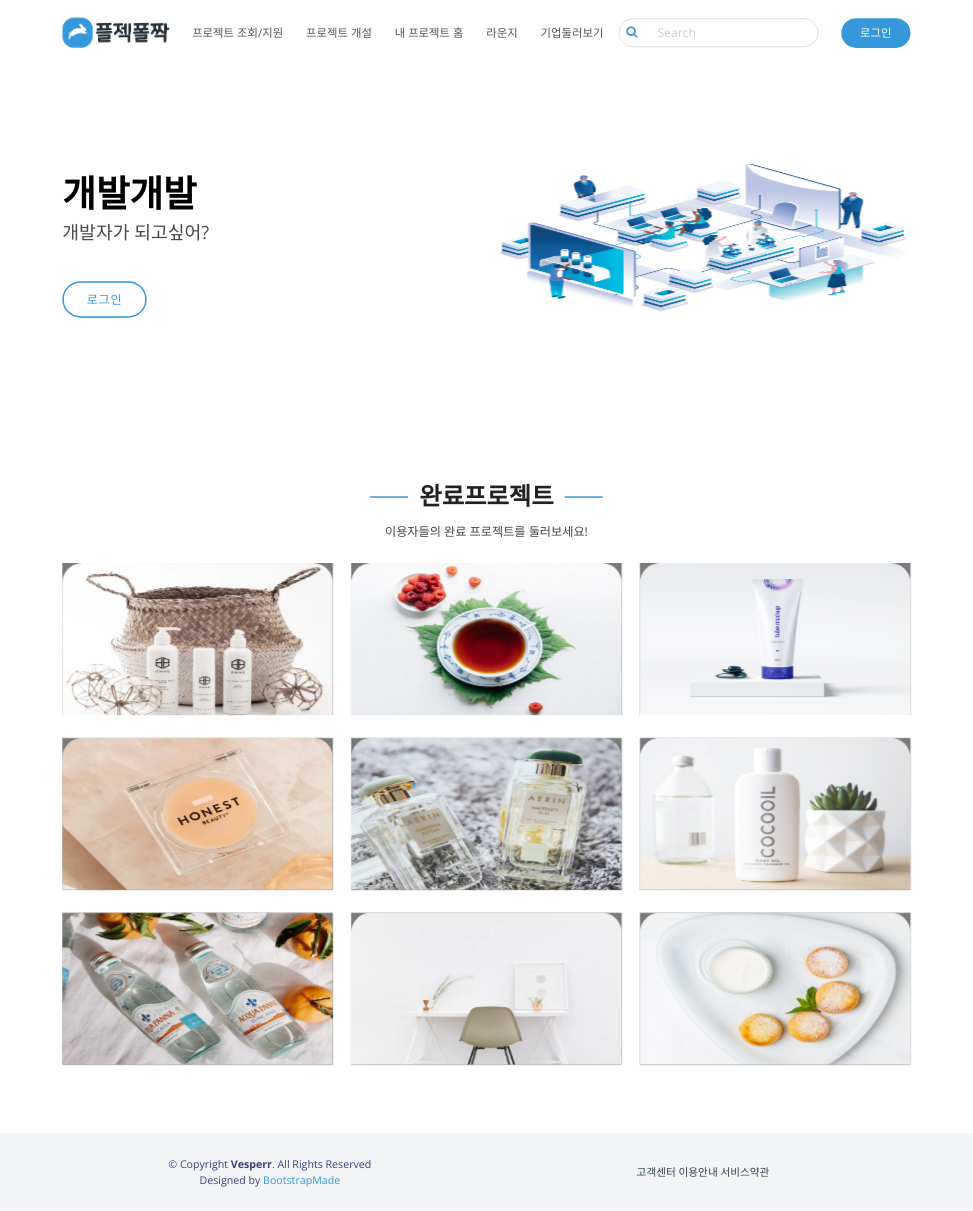
Repository: POLLJJAK/POLLJJAK
Page: http://localhost/POLLJJAK/U-main.jsp
An editor plug-in stored every save of this project. The page is shown before and after the next save, followed by the edit.
The browser window is 1280 px wide. The pictures show the whole page, at 76% of full size.
Some web fonts or font styles are not loaded; a fallback is used. Some web libraries are served in a nearby version. The page is served by Tomcat 9. Other server files are loaded and not shown.

Above is the page before, as saved 2022-12-18 11:10:59.

### POLLJJAK/WebContent/U-main.jsp
<%@ page language="java" contentType="text/html; charset=UTF-8" pageEncoding="UTF-8"%>
<%@ taglib uri="http://java.sun.com/jsp/jstl/fmt" prefix="fmt" %>
<%@ taglib uri="http://java.sun.com/jsp/jstl/core" prefix="c" %>
<%@ taglib uri="http://java.sun.com/jsp/jstl/functions" prefix="fn" %>

<!DOCTYPE html>
<html lang="en">

<!-- head import (css imported)-->
<c:import url="./common/Head.jsp" />

<body>

<c:import url="./common/Nav.jsp" />

<!-- section import -->
<c:import url="./U-main-contents.jsp" />


<!-- footer import (js imported)-->
<c:import url="./common/Footer.jsp" />

</body>

### POLLJJAK/WebContent/common/Head.jsp
<%@ page language="java" contentType="text/html; charset=UTF-8" pageEncoding="UTF-8"%>
<%@ taglib uri="http://java.sun.com/jsp/jstl/fmt" prefix="fmt" %>
<%@ taglib uri="http://java.sun.com/jsp/jstl/core" prefix="c" %>
<%@ taglib uri="http://java.sun.com/jsp/jstl/functions" prefix="fn" %>
<%
   request.setCharacterEncoding("UTF-8");
   String cp = request.getContextPath();
%>
<%
	response.setHeader("Cache-Control", "no-cache, no-store, must-revalidate"); // HTTP 1.1.
	response.setHeader("Pragma", "no-cache"); // HTTP 1.0.
	response.setHeader("Expires", "0"); // Proxies.
%>
<!DOCTYPE html>
<html lang="ko">
<head>
    <meta charset="UTF-8">
    <meta content="width=device-width, initial-scale=1.0" name="viewport">

    <title>플젝폴짝 : 개발자 프로젝트 모집 관리 플랫폼</title>
    <meta content="" name="description">
    <meta content="" name="keywords">

   <!-- 부트스트랩 템플릿 관련 스타일 -->
    <!-- Favicons -->
    <link href="assets/img/pol-favicon.png" rel="icon">
    <link href="assets/img/apple-touch-icon.png" rel="apple-touch-icon">

     <!-- Fontawesome -->
     <link rel="stylesheet" href="https://cdnjs.cloudflare.com/ajax/libs/font-awesome/4.7.0/css/font-awesome.css">

     <!-- Jquery CDN -->
     <script type="text/javascript" src="http://code.jquery.com/jquery.min.js"></script>

    <!-- Google Fonts -->
    <link href="https://fonts.googleapis.com/css?family=Open+Sans:300,300i,400,400i,600,600i,700,700i|Raleway:300,300i,400,400i,500,500i,600,600i,700,700i|Poppins:300,300i,400,400i,500,500i,600,600i,700,700i" rel="stylesheet">

     <!-- Calendar -->
     <!-- calendar.css 보다 윗 줄에 작성되어야 함 -->
     <script type="text/javascript" src="https://ajax.googleapis.com/ajax/libs/jquery/1.12.1/jquery.min.js"></script>
   <link type="text/css" href="https://ajax.googleapis.com/ajax/libs/jqueryui/1.12.1/themes/base/jquery-ui.css" rel="stylesheet" />
   <script type="text/javascript" src="https://ajax.googleapis.com/ajax/libs/jqueryui/1.12.1/jquery-ui.min.js"></script>

    <!-- Vendor CSS Files -->
    <link href="assets/vendor/aos/aos.css" rel="stylesheet">
    <link href="assets/vendor/bootstrap/css/bootstrap.min.css" rel="stylesheet">
    <link href="assets/vendor/bootstrap-icons/bootstrap-icons.css" rel="stylesheet">
    <link href="assets/vendor/boxicons/css/boxicons.min.css" rel="stylesheet">
    <link href="assets/vendor/glightbox/css/glightbox.min.css" rel="stylesheet">
    <link href="assets/vendor/remixicon/remixicon.css" rel="stylesheet">
    <link href="assets/vendor/swiper/swiper-bundle.min.css" rel="stylesheet">
   <!-- END OF 부트스트랩 템플릿 관련 라이브러리 -->

   <!-- 공통사용 스타일 -->
    <link href="resources/common/css/fileUpload.css" rel="stylesheet">
    <link href="resources/common/css/checkbox.css" rel="stylesheet">
    <link href="resources/common/css/radioBtn.css" rel="stylesheet">

    <!-- jquery-ui.css 파일호출(calendar.css) 보다 아래에 있어야 합니다 -->
	<link href="resources/common/css/calendar.css" rel="stylesheet">

    <!-- Template Main CSS File -->
    <link href="assets/css/style.css" rel="stylesheet">

    <!-- =======================================================
    * Template Name: Vesperr - v4.9.1
    * Template URL: https://bootstrapmade.com/vesperr-free-bootstrap-template/
    * Author: BootstrapMade.com
    * License: https://bootstrapmade.com/license/
    ======================================================== -->

</head>

### POLLJJAK/WebContent/common/Nav.jsp
<%@ page language="java" contentType="text/html; charset=UTF-8"
		 pageEncoding="UTF-8"%>
<%@ taglib uri="http://java.sun.com/jsp/jstl/fmt" prefix="fmt"%>
<%@ taglib uri="http://java.sun.com/jsp/jstl/core" prefix="c"%>
<%@ taglib uri="http://java.sun.com/jsp/jstl/functions" prefix="fn"%>

<link href="assets/img/pol-favicon.png" rel="icon">

<!-- ======= Header ======= -->
<header id="header" class="fixed-top d-flex align-items-center">
	<div class="container d-flex align-items-center justify-content-between">
		<div class="logo">
			<h1>
				<a href="main.action">
					<img alt="플젝폴짝로고" src="assets/img/logo.png">
				</a>
			</h1>
			<!-- Uncomment below if you prefer to use an image logo -->
			<!-- <a href="index.html"><img src="assets/img/logo.png" alt="" class="img-fluid"></a>-->
		</div>

		<nav id="navbar" class="navbar">
			<!-- a태그를 post방식으로 넘길 때 쓸 input -->
			<!--
			<form name="navForm">
				<input type="hidden" name="user_code"/>
			</form>
			 -->
			<ul>
				<li><a class="nav-link scrollto" href="U-P-Apply-Main.jsp?user_code=${user_code }">프로젝트 조회/지원</a></li>
				<li><a class="nav-link scrollto" href="projectopenmain.action?user_code=${user_code }">프로젝트 개설</a></li>
													<!-- ┏ a태그의 post 방식 -->
				<%-- <li><a class="nav-link scrollto" onclick="javascript:pageMove('projectopenmain.action', '${user_code }');">프로젝트 개설</a></li> --%>

				<li><a class="nav-link scrollto" href="projecthomelist.action?user_code=${user_code }">내 프로젝트 홈</a></li>
													<!-- ┏ a태그의 post 방식 -->
				<%-- <li><a class="nav-link scrollto" onclick="javascript:pageMove('projecthomelist.action', '${user_code }');">내 프로젝트 홈</a></li> --%>

				<li><a class="nav-link scrollto " href="mainlounge.action">라운지</a></li>

				<!-- 기업 구현하면 쓰기 -->
				<li><a class="nav-link scrollto" href="Inner-page.jsp">기업둘러보기</a></li>


				<!-- ========= Searching Section ============ -->
				<li>
					<div class="serach" style="margin-right: 30px;">
						<div class="col-lg-12">
							<div class="input-group" style="margin-left: 30px;">
								<span class="fa fa-search form-control-feedback" style="color: #3498db; line-height: 2; z-index: 1;"></span>
								<input type="text" class="form-control nav-search" placeholder="Search" style="padding-left:30px; margin: -1px 0px 0px -25px; border-radius: 20px;">
							</div>
						</div>
					</div>
				</li>
				<!-- End Searching Section -->

				<!--
				<li><a class="nav-link scrollto" href="#pricing">Pricing</a></li>
				<li class="dropdown">
					<a href="#">
						<span>Drop Down</span>
						<i class="bi bi-chevron-down"></i>
					</a>
					<ul>
						<li><a href="#">Drop Down 1</a></li>
						<li class="dropdown">
							<a href="#">
								<span>Deep Drop Down</span>
								<i class="bi bi-chevron-right"></i>
							</a>
							<ul>
								<li><a href="#">Deep Drop Down 1</a></li>
								<li><a href="#">Deep Drop Down 2</a></li>
								<li><a href="#">Deep Drop Down 3</a></li>
								<li><a href="#">Deep Drop Down 4</a></li>
								<li><a href="#">Deep Drop Down 5</a></li>
							</ul>
						</li>
						<li><a href="#">Drop Down 2</a></li>
						<li><a href="#">Drop Down 3</a></li>
						<li><a href="#">Drop Down 4</a></li>
					</ul>
				</li>
				-->
				<c:choose>
				<c:when test="${sessionScope.loginCheck == null }">
				<li><a class="getstarted scrollto" href="loginform.action">로그인</a></li>
				</c:when>
					<c:otherwise>
						<div class="nav-item dropdown">
							<a href="#" class="nav-link d-flex lh-1 text-reset p-0 show" data-bs-toggle="dropdown" aria-label="Open user menu" aria-expanded="true">
								<!-- 권한별 아이콘 및 이름 -->
								<c:if test="${userType.equals(\"user\") }">
								<img src="assets/img/UserIcon/User-Icon.png" alt="" style="width: 60px; height: 60px; padding: 10px 0 10px 20px;">
									<div class="d-none d-xl-block ps-2">
										<div>${loginCheck.name }</div>
										<div class="mt-1 small text-muted">일반</div>
									</div>
								</c:if>
								<c:if test="${userType.equals(\"company\") }">
									<img src="assets/img/UserIcon/Company-Icon.png" alt="" style="width: 60px; height: 60px; padding: 10px 0 10px 10px;">
									<div class="d-none d-xl-block">
										<div>${loginCheck.name }</div>
										<div class="mt-1 small text-muted">기업</div>
									</div>
								</c:if>
								<%--
								<c:if test="">
									<img src="assets/img/UserIcon/Admin-Icon.png" alt="" style="width: 60px; height: 60px; padding: 10px 0 10px 10px;">
									<div class="d-none d-xl-block">
										<div class="mt-1 small text-muted">관리자</div>
									</div>
								</c:if>
								 --%>
							</a>

							<!-- 프로필 사진 누르면 나오는 드롭다운 -->
							<div class="dropdown-menu dropdown-menu-end dropdown-menu-arrow">
							<c:choose>
								<c:when test="${userType.equals(\"user\") }">
									<%-- <button type="button" class="btn-uModify dropdown-item" value="${loginCheck.user_code }">마이페이지</button> --%>
									<a href="umypagewarningform.action?user_code=${user_code }" class="dropdown-item">마이페이지</a>
									<%-- <a onclick="javascript:pageMove('umypagewarningform.action', '${loginCheck.user_code }');" class="dropdown-item">일반 마이페이지</a> --%>
								</c:when>
									<c:when test="${userType.equals(\"company\") }">
									<%-- <button type="button" class="btn-cModify dropdown-item" value="${loginCheck.user_code }">마이페이지</button> --%>
									<a href="cmypagewarningform.action?user_code=${user_code }" class="dropdown-item">마이페이지</a>
								</c:when>
								<%--
								<c:otherwise>
									<a href="#" class="dropdown-item">관리자 페이지</a>
								</c:otherwise>
								 --%>
							</c:choose>
							<div class="dropdown-divider"></div>
							<!-- ┏비동기 로그아웃 -->
							<a href="logout.action" id="logout_btn" class="dropdown-item" style="cursor: pointer;">로그아웃</a>
							<!-- ┏일반 로그아웃 -->
							<!-- <a href="logout.action" class="dropdown-item">Logout</a> -->
							</div>
						</div>
					</c:otherwise>
				</c:choose>
			</ul>
			<i class="bi bi-list mobile-nav-toggle"></i>
		</nav> <!-- .navbar -->
	</div>

<script type="text/javascript">
	/* 로그아웃 비동기 방식 */
	/*
	$("#logout_btn").click(function()
	{
		$.ajax({
				type:"GET"
				, url:"logout.action"
				, success:function(data)
				{
					document.location.reload();
				}
		});
	});
	*/
 	/*
	$(function()
	{
		$(".btn-uModify").click(function()
		{
			$(location).attr("href", "umypagewarningform.action?user_code=" + $(this).val());
		});

		$(".btn-cModify").click(function()
		{
			$(location).attr("href", "cmypagewarningform.action?user_code=" + $(this).val());
		});
	});
	 */
	/*
	// a태그 post 방식으로 넘기기
	function pageMove(url, user_code)
	{
		var f = document.navForm;	// 폼 name

		f.user_code = user_code;	// post 방식으로 넘기고 싶은 값
		f.action = url;				// post 방식으로 넘기고 싶은 값
		f.method = "post";

		f.submit();

	}
	 */
</script>
</header>

<!-- End Header -->

### POLLJJAK/WebContent/common/Footer.jsp
<%@ page language="java" contentType="text/html; charset=UTF-8" pageEncoding="UTF-8"%>
<%@ taglib uri="http://java.sun.com/jsp/jstl/fmt" prefix="fmt" %>
<%@ taglib uri="http://java.sun.com/jsp/jstl/core" prefix="c" %>
<%@ taglib uri="http://java.sun.com/jsp/jstl/functions" prefix="fn" %>

  <!-- ======= Footer ======= -->
  <footer id="footer">
    <div class="container">
      <div class="row d-flex align-items-center">
        <div class="col-lg-6 text-lg-left text-center">
          <div class="copyright">
            &copy; Copyright <strong>Vesperr</strong>. All Rights Reserved
          </div>
          <div class="credits">
            <!-- All the links in the footer should remain intact. -->
            <!-- You can delete the links only if you purchased the pro version. -->
            <!-- Licensing information: https://bootstrapmade.com/license/ -->
            <!-- Purchase the pro version with working PHP/AJAX contact form: https://bootstrapmade.com/vesperr-free-bootstrap-template/ -->
            Designed by <a href="https://bootstrapmade.com/">BootstrapMade</a>
          </div>
        </div>
        <div class="col-lg-6">
          <nav class="footer-links text-lg-right text-center pt-2 pt-lg-0">
            <a href="Inner-page.jsp" class="scrollto">고객센터</a>
            <a href="Inner-page.jsp" class="scrollto">이용안내</a>
            <a href="Inner-page.jsp">서비스약관</a>
          </nav>
        </div>
      </div>
    </div>
  </footer><!-- End Footer -->

  <a href="#" class="back-to-top d-flex align-items-center justify-content-center"><i class="bi bi-arrow-up-short"></i></a>

  <!-- Vendor JS Files -->
  <script src="assets/vendor/purecounter/purecounter_vanilla.js"></script>
  <script src="assets/vendor/aos/aos.js"></script>
  <script src="assets/vendor/bootstrap/js/bootstrap.bundle.min.js"></script>
  <script src="assets/vendor/glightbox/js/glightbox.min.js"></script>
  <script src="assets/vendor/isotope-layout/isotope.pkgd.min.js"></script>
  <script src="assets/vendor/swiper/swiper-bundle.min.js"></script>

  <!-- Template Main JS File -->
  <script src="assets/js/main.js"></script>

### POLLJJAK/WebContent/resources/common/css/fileUpload.css
#root {
  width: 100%;
  max-width: 800px;
}

.title {
  text-align: center;
}

.contents {
  display: flex;
  flex-direction: row;
  /* margin-top: 30px; */
}
.contents .upload-box {
  width: 100%;
  margin-right: 30px;
  display: flex;
  flex-direction: column;
  justify-content: center;
  /* align-items: center; */
}

.contents .upload-box .drag-file {
  position: relative;
  width: 100%;
  height: 360px;
  display: flex;
  flex-direction: column;
  justify-content: center;
  align-items: center;
  border: 3px dashed #dbdbdb;
}
.contents .upload-box .drag-file.highlight {
  border: 3px dashed red;
}
.contents .upload-box .drag-file .image {
  width: 40px;
}
.contents .upload-box .drag-file .message {
  margin-bottom: 0;
}
.contents .upload-box .drag-file .preview {
  display: none;
  position: absolute;
  left: 0;
  height: 0;
  width: 100%;
  height: 100%;
}
.contents .upload-box .file-label {
  margin-top: 20px;
  background-color: #3498db;
  color: #fff;
  text-align: center;
  padding: 10px 0;
  width: 65%;
  border-radius: 6px;
  cursor: pointer;
}
.contents .upload-box .file {
  display: none;
}

@media (max-width: 700px) {
  .contents {
    display: flex;
    flex-direction: column;
    margin-top: 30px;
  }
  .contents .upload-box {
    width: 100%;
    box-sizing: border-box;
    margin-right: 0;
  }
  .contents .upload-box .drag-file {
    height: 150px;
  }
  .contents .files {
    width: 100%;
    box-sizing: border-box;
    margin-right: 0;
    overflow: initial;
  }
}

### POLLJJAK/WebContent/resources/common/css/checkbox.css
input[type="checkbox"]
{
	position: absolute;
	left: -3000%;
}

input[type="checkbox"] + label
{
	position:relative;
	margin-right: 15px;
}

input[type="checkbox"] + label:before
{
	content:"";
	display: inline-block;
	margin:0 4px 0 0;
	width: 20px;
	height: 20px;
	border: 1px solid #A6A6A6;
	position:relative;
	top: 4px;
	border-radius:3px;
	transition:all 0.5s;
}

input[type="checkbox"]:checked + label:before
{
	background: #3498db;
	border-color: #3498db;

}

input[type="checkbox"] + label:after
{
	content:"";
	position:absolute;
	left:0;
	top:0;
	background:url('check.png') no-repeat center;
	width:22px;
	height:22px;
	background-size:0 auto;
}

input[type="checkbox"]:checked + label:after
{
	background-size:12px auto;
}

input[type="checkbox"]:checked + label
{
	font-weight:bold;
}

### POLLJJAK/WebContent/resources/common/css/radioBtn.css
.radioBtn input[type=radio]
{
    display: none;
}

.radioBtn input[type=radio] + label
{
    display: inline-block;
    cursor: pointer;
    height: 24px;
    width: 90px;
    border: 1px solid #A6A6A6;
    border-radius:3px;
    line-height: 24px;
    text-align: center;
    font-size:13px;
    transition:all 0.5s;
    background-color: #fff;
    color: #333;
}

.radioBtn input[type=radio]:checked + label
{
    background-color: #3498db;
    color: #fff;
    border: 1px solid #3498db;
	font-weight:bold;
}

### POLLJJAK/WebContent/resources/common/css/calendar.css
.ui-widget-header {
border: 0px solid #dddddd;
background: #fff;
}

.ui-datepicker-calendar>thead>tr>th {
font-size: 14px !important;
}

.ui-datepicker .ui-datepicker-header {
position: relative;
padding: 10px 0;
}

.ui-state-default, .ui-widget-content .ui-state-default, .ui-widget-header .ui-state-default, .ui-button, html .ui-button.ui-state-disabled:hover, html .ui-button.ui-state-disabled:active {
border: 0px solid #c5c5c5;
background-color: transparent;
font-weight: normal;
color: #454545;
text-align: center;
}

.ui-datepicker .ui-datepicker-title {
margin: 0 0em;
line-height: 16px;
text-align: center;
font-size: 14px;
padding: 0px;
font-weight: bold;
}

.ui-datepicker {
display: none;
background-color: #fff;
border-radius: 4px;
margin-top: 10px;
margin-left: 0px;
margin-right: 0px;
padding: 20px;
padding-bottom: 10px;
width: 300px;
box-shadow: 10px 10px 40px rgba(0,0,0,0.1);
}

.ui-widget.ui-widget-content {
    border: 1px solid #eee;
}

#datepicker:focus>.ui-datepicker {
display: block;
}

.ui-datepicker-prev,
.ui-datepicker-next {
cursor: pointer;
}

.ui-datepicker-next {
float: right;
}

.ui-state-disabled {
cursor: auto;
color: hsla(0, 0%, 80%, 1);
}

.ui-datepicker-title {
text-align: center;
padding: 10px;
font-weight: 100;
font-size: 20px;
}

.ui-datepicker-calendar {
width: 100%;
}

.ui-datepicker-calendar>thead>tr>th {
padding: 5px;
font-size: 20px;
font-weight: 400;
}


.ui-datepicker-calendar>tbody>tr>td>a {
color: #000;
font-size: 12px !important;
font-weight: bold !important;
text-decoration: none;

}


.ui-datepicker-calendar>tbody>tr>.ui-state-disabled:hover {
cursor: auto;
background-color: #fff;
}

.ui-datepicker-calendar>tbody>tr>td {
    border-radius: 100%;
    width: 44px;
    height: 30px;
    cursor: pointer;
    padding: 5px;
    font-weight: 100;
    text-align: center;
    font-size: 12px;
}

.ui-datepicker-calendar>tbody>tr>td:hover {
    background-color: transparent;
    opacity: 0.6;
}

.ui-state-hover,
.ui-widget-content .ui-state-hover,
.ui-widget-header .ui-state-hover,
.ui-state-focus,
.ui-widget-content .ui-state-focus,
.ui-widget-header .ui-state-focus,
.ui-button:hover,
.ui-button:focus {
border: 0px solid #cccccc;
background-color: transparent;
font-weight: normal;
color: #2b2b2b;
}

.ui-widget-header .ui-icon {
background-image: url('./calendar.png');
}

.ui-icon-circle-triangle-e {
background-position: -20px 0px;
background-size: 36px;
}

.ui-icon-circle-triangle-w {
background-position: -0px -0px;
background-size: 36px;
}

.ui-datepicker-calendar>tbody>tr>td:first-child a{
color: red !important;
}

.ui-datepicker-calendar>tbody>tr>td:last-child a{
color: #0099ff !important;
}

.ui-datepicker-calendar>thead>tr>th:first-child {
    color: red !important;
}

.ui-datepicker-calendar>thead>tr>th:last-child {
    color: #0099ff !important;
}

.ui-state-highlight, .ui-widget-content .ui-state-highlight, .ui-widget-header .ui-state-highlight {
    border: 0px;
    background: #f1f1f1;
    border-radius: 50%;
    padding-top: 10px;
    padding-bottom: 10px;
}


.inp {padding:10px 10px; background-color:#f1f1f1; border-radius:4px; border:0px;}
.inp:focus {outline:none; background-color:#eee;}

Loaded but not shown: POLLJJAK/WebContent/assets/js/main.js (262 lines, source omitted); POLLJJAK/WebContent/assets/css/style.css (1826 lines, source omitted); POLLJJAK/WebContent/U-main-contents.jsp (186 lines, source omitted)

After the next save:
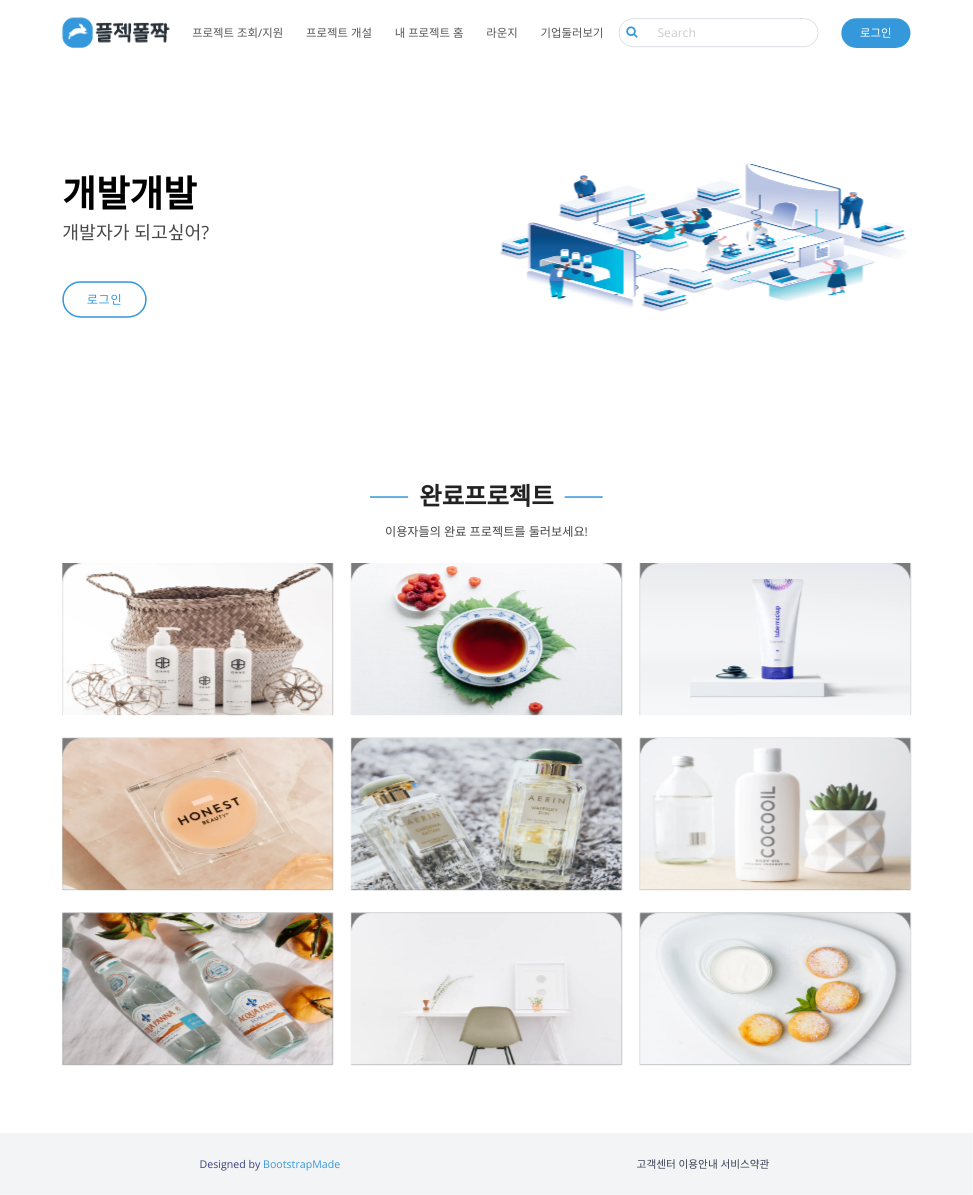
Saved 20 s later.
--- a/POLLJJAK/WebContent/common/Footer.jsp
+++ b/POLLJJAK/WebContent/common/Footer.jsp
@@ -8,9 +8,9 @@
     <div class="container">
       <div class="row d-flex align-items-center">
         <div class="col-lg-6 text-lg-left text-center">
-          <div class="copyright">
+          <!-- <div class="copyright">
             &copy; Copyright <strong>Vesperr</strong>. All Rights Reserved
-          </div>
+          </div> -->
           <div class="credits">
             <!-- All the links in the footer should remain intact. -->
             <!-- You can delete the links only if you purchased the pro version. -->
